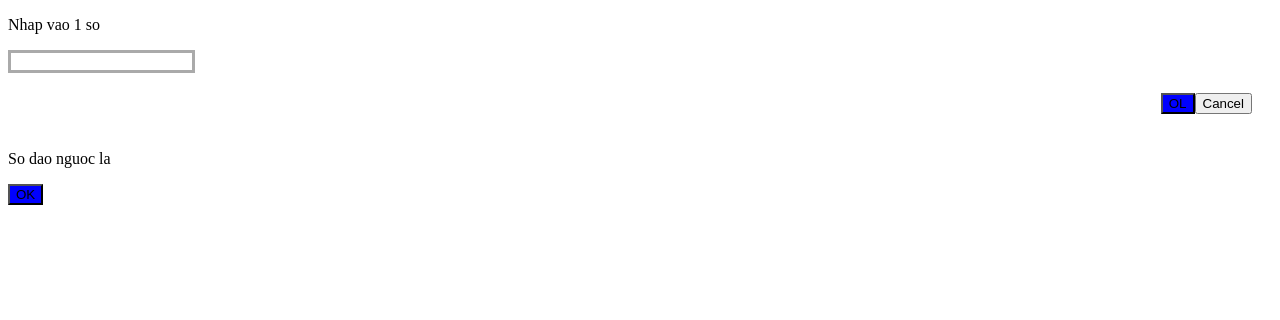
Repository: lhggiang/Sodaonguoc
Page: index.html
An editor plug-in stored every save of this project. The page is shown before and after the next save, followed by the edit.
The browser window is 1280 px wide. The pictures show the whole page.

Above is the page before, as saved 2023-05-19 06:52:36.

After the next save:
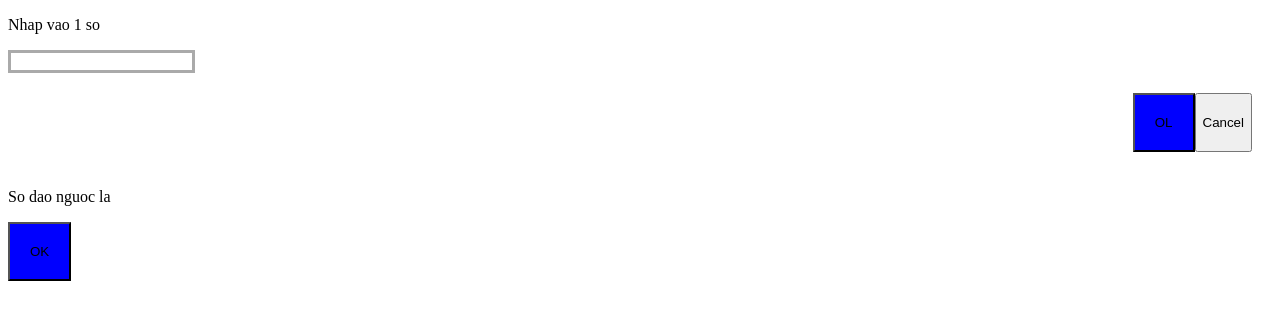
Saved 15 s later.
--- a/style.css
+++ b/style.css
@@ -10,4 +10,5 @@
 
 .ok {
   background: blue;
+  padding: 20px;
 }
